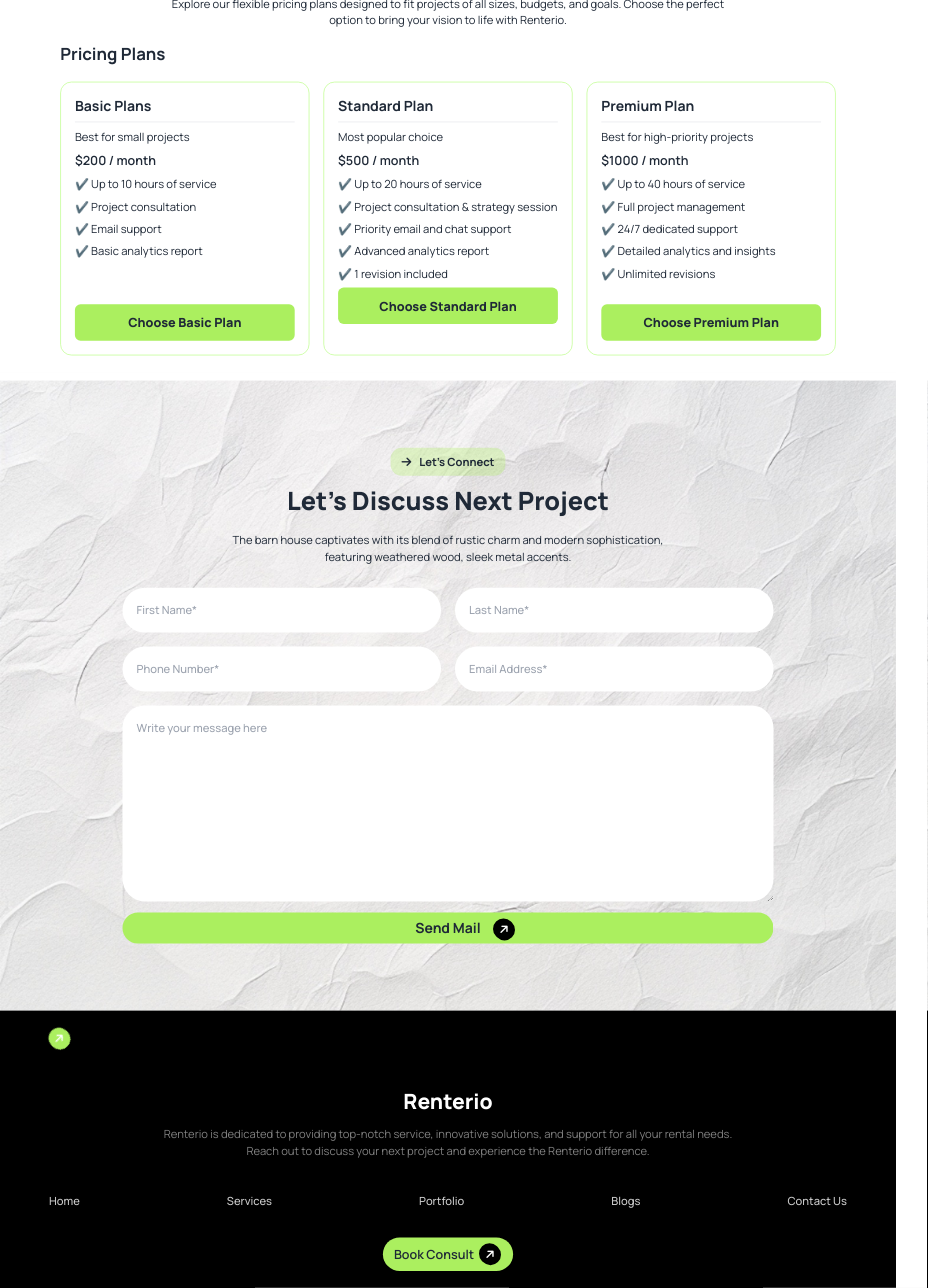
Repository: Tanvir4312/assignment-03
Page: index.html
These files come from the project's save history. The page is drawn as it stood at one moment and after the next save; the edit follows.
The browser window is 1280 px wide. The page is 1325 px wide, so the pictures cover 1325 px, including what lies to the right of the window. The pictures show the part of the page from y = 3214 to 5054 px (the page is 5054 px tall before and 5022 px after), at 70% of full size.
Some web libraries are served in a nearby version.

Above is the page before, as saved 2024-10-30 21:53:57.

### index.html
<!DOCTYPE html>
<html lang="en">

<head>
    <meta charset="UTF-8">
    <meta name="viewport" content="width=device-width, initial-scale=1.0">
    <title>Renterio</title>
    <link rel="stylesheet" href="styles/styles.css">
    <!-- DaisyUI -->
    <link href="https://cdn.jsdelivr.net/npm/daisyui@4.12.14/dist/full.min.css" rel="stylesheet" type="text/css" />
    <script src="https://cdn.tailwindcss.com"></script>
    <!-- Icon -->
    <link rel="stylesheet" href="https://cdnjs.cloudflare.com/ajax/libs/font-awesome/6.6.0/css/all.min.css"
        integrity="sha512-Kc323vGBEqzTmouAECnVceyQqyqdsSiqLQISBL29aUW4U/M7pSPA/gEUZQqv1cwx4OnYxTxve5UMg5GT6L4JJg=="
        crossorigin="anonymous" referrerpolicy="no-referrer" />

    <script>
        tailwind.config = {
            theme: {
                extend: {
                    colors: {
                        clifford: '#da373d',
                        bgBtnColor: '#ABEF5F',
                        btnTextAndWorksTextColor: '#1C1C1C',
                        mainColor: '#212121',
                        secondaryColor: '#494949',

                    }
                }
            }
        }
    </script>
</head>

<body class="manrope-font">
    <header>
        <!-- Navbar -->
        <nav class="container mx-auto">
            <div class="navbar relative py-14">
                <div class="navbar-start">
                    <div class="absolute right-0">
                        <div class="dropdown">
                            <div tabindex="0" role="button"
                                class="btn btn-ghost mr-2 lg:hidden border border-[rgba(233,233,233)] rounded-full bg-[#f9f8f8]">
                                <svg xmlns="http://www.w3.org/2000/svg" class="h-5 w-5" fill="none" viewBox="0 0 24 24"
                                    stroke="currentColor">
                                    <path stroke-linecap="round" stroke-linejoin="round" stroke-width="2"
                                        d="M4 6h16M4 12h8m-8 6h16" />
                                </svg>
                            </div>
                            <div class="absolute -left-20">
                                <ul tabindex=""
                                    class="menu menu-sm dropdown-content bg-base-100 rounded-box z-[1] p-2 shadow w-32">
                                    <li><a>Home</a></li>
                                    <li><a>Services</a></li>
                                    <li><a>Portfolio</a></li>
                                    <li><a>Blogs</a></li>
                                    <li><a>Contact Us</a></li>
                                </ul>
                            </div>
                        </div>
                    </div>
                    <i class="fa-solid fa-arrow-right -rotate-45 bg-bgBtnColor p-2 rounded-full	"></i>
                    <a class="btn btn-ghost font-extrabold text-3xl pl-2">Renterio</a>
                </div>
                <div class="navbar-center hidden lg:flex">
                    <ul class="menu menu-horizontal px-1">
                        <li><a class="font-extrabold">Home</a></li>
                        <li><a>Services</a></li>
                        <li><a>Portfolio</a></li>
                        <li><a>Blogs</a></li>
                        <li><a>Contact Us</a></li>
                    </ul>
                </div>

                <div class="navbar-end hidden md:block">
                    <div class="flex justify-end">
                        <div class="flex items-center gap-3 mr-2">
                            <div class="px-3 py-1 border border-[rgba(233,233,233)] rounded-full bg-[#f9f8f8]">
                                <i class="fa-solid fa-magnifying-glass"></i>
                            </div>
                            <div class="px-3 py-1 border border-[rgba(233,233,233)] rounded-full bg-[#f9f8f8]">
                                <i class="fa-solid fa-cart-shopping"></i>
                            </div>
                        </div>
                        <div class="relative ">
                            <button class="btn bg-bgBtnColor rounded-3xl pr-14 text-lg font-semibold">Book
                                Consult</button>
                            <i
                                class="fa-solid fa-arrow-right -rotate-45 bg-black text-white p-2 rounded-full absolute top-2 right-4 "></i>
                        </div>
                    </div>
                </div>
            </div>
        </nav>
        <!-- Banner -->
        <section class="banner text-center">
            <!-- Banner Image -->
            <div class="flex justify-center px-14">
                <img src="./assets/banner.png" alt="">
            </div>
            <!-- Banner Text -->
            <div class="mt-6">
                <h1 class="text-3xl md:text-6xl font-extrabold md:leading-[80px]">A barn house of this design
                    has a <br>striking appearance
                </h1>
                <p class="mt-6 mb-8 px-5">The barn house captivates with its blend of rustic charm and modern
                    sophistication,
                    featuring weathered wood, sleek metal <br> accents, and large windows that flood the space with
                    natural light.</p>
                <!-- Banner Button -->
                <div class="relative flex px-2 md:justify-center md:items-center">
                    <div class="w-full text-start md:text-center">
                        <button
                            class="btn border border-[rgba(171,239,95)] bg-[rgba(171,239,95,0.5)] rounded-3xl mainColor text-xl font-extrabold pr-14 l w-full md:w-52">View
                            Details</button>
                    </div>
                    <div>
                        <i
                            class="fa-solid fa-arrow-right -rotate-45 bg-bgBtnColor p-2 rounded-full absolute bottom-2 right-[590px]"></i>

                        <i
                            class="md:hidden absolute top-3 right-20 fa-solid fa-arrow-right -rotate-45 bg-bgBtnColor p-2 rounded-full"></i>
                    </div>
                </div>
            </div>
        </section>
    </header>

    <main class="bg-[#F4F4F4]">
        <!-- Commercial and Residential Section -->
        <section class="bg-[#F4F4F4] md:my-24 my-5 pt-7 pb-5 md:pb-20">
            <!-- Vector Image -->
            <img class="hidden md:block border-dashed border-2 border-slate-300 py-7 ml-9" src="./assets/Vector.png"
                alt="">
            <div class="md:w-[1140px] mx-auto grid md:grid-cols-2 grid-cols-1 gap-5 p-4 md:p-0">
                <div>
                    <!-- About Us Button -->
                    <div class="flex justify-center md:flex-col">
                        <div class="bg-white w-32 py-2 px-4 rounded-2xl">
                            <i class="fa-solid fa-arrow-right pr-2"></i>
                            <button class="font-bold">About Us</button>
                        </div>
                    </div>
                    <!-- Text -->
                    <div class="mt-4 md:text-start text-center">
                        <h1 class="text-2xl md:text-4xl font-bold mainColor mb-6">We design thoughtful, <br> liveable
                            spaces
                        </h1>
                        <p class="secondaryColor">The barn house captivates with its blend of rustic charm and
                            modern sophistication, featuring weathered wood, sleek metal accents.</p>
                    </div>

                    <div class="flex md:items-center gap-5 my-6 bg-white p-6 rounded-2xl">
                        <!-- Image -->
                        <div>
                            <img src="./assets/commercial.png" alt="">
                        </div>
                        <!-- Text -->
                        <div>
                            <h3 class="text-xl font-extrabold">Commercial</h3>
                            <p><small>The barn house captivates with its blend <br> of rustic charm and modern.</small>
                            </p>
                        </div>
                    </div>
                    <div class="flex md:items-center gap-5 bg-white p-6 rounded-2xl">
                        <!-- Image -->
                        <div>
                            <img src="./assets/residential.png" alt="">
                        </div>
                        <!-- Text -->
                        <div>
                            <h3 class="text-xl font-extrabold">Residential</h3>
                            <p><small>The barn house captivates with its blend <br> of rustic charm and modern.</small>
                            </p>
                        </div>
                    </div>

                </div>
                <!-- Image -->
                <div>
                    <img class="h-60 w-full md:h-[500px]" src="./assets/Rectangle.png" alt="">
                </div>
            </div>
        </section>
        <!-- Works Process section -->
        <section class="md:w-[1140px] mx-auto px-4 md:px-0 md:pb-24">
            <!-- Works Button -->
            <div class="flex justify-center">
                <div class="bg-white py-2 px-4 rounded-2xl">
                    <i class="fa-solid fa-arrow-right pr-2"></i>
                    <button class="font-bold">How We Works</button>
                </div>
            </div>
            <!-- Text -->
            <div class="text-center">
                <h1 class="py-4 md:py-6 text-2xl md:text-4xl font-bold">Our Works Process</h1>
                <p>The barn house captivates with its blend of rustic charm and modern sophistication, <br> featuring
                    weathered wood, sleek metal accents.</p>
            </div>
            <!-- Card -->
            <div class="card grid grid-cols-1 md:grid-cols-4 gap-4 my-8">
                <div class="bg-[rgba(231,193,211)] rounded-2xl p-5">
                    <img src="./assets/concept.png" alt="">
                    <h4 class="py-2 text-xl font-bold">Concept</h4>
                    <p>The barn house captivates with its blend of rustic charm and modern.</p>
                </div>
                <div class="bg-[rgba(239,218,110)] rounded-2xl p-5">
                    <img src="./assets/flow-chart.png" alt="">
                    <h4 class="py-2 text-xl font-bold">Design Process</h4>
                    <p>The barn house captivates with its blend of rustic charm and modern.</p>
                </div>
                <div class="bg-[rgba(164,218,195)] rounded-2xl p-5">
                    <img src="./assets/concept.png" alt="">
                    <h4 class="py-2 text-xl font-bold">Supervision</h4>
                    <p>The barn house captivates with its blend of rustic charm and modern.</p>
                </div>
                <div class="bg-[rgba(119,170,234)] rounded-2xl p-5">
                    <img src="./assets/concept.png" alt="">
                    <h4 class="py-2 text-xl font-bold">Budget Planning</h4>
                    <p>The barn house captivates with its blend of rustic charm and modern.</p>
                </div>
            </div>
        </section>
        <!-- Latest Portfolio Section -->
        <section class="md:bg-white">
            <div class=" md:w-[1140px] mx-auto py-6 px-4 md:pt-20">
                <!-- Latest Works Button -->
                <div class="flex justify-center">
                    <div class="bg-[rgba(171,239,95,0.2)] py-2 px-4 rounded-2xl">
                        <i class="fa-solid fa-arrow-right pr-2"></i>
                        <button class="font-bold">Explore our Latest works</button>
                    </div>
                </div>
                <!-- Text -->
                <div class="text-center">
                    <h1 class="pt-4 pb-6 md:text-4xl text-2xl font-bold">Our Latest Portfolio</h1>
                    <p>The barn house captivates with its blend of rustic charm and modern sophistication, <br>
                        featuring
                        weathered wood, sleek metal accents.</p>
                </div>
                <!-- Latest Portfolio Card First Row -->
                <div class="pt-8 grid grid-cols-1 md:grid-cols-3 gap-5">
                    <!-- First Card -->
                    <div class="md:col-span-2 rounded-2xl ">
                        <div class="md:flex gap-6 border border-[rgba(233,233,233)] rounded-2xl p-5 bg-white">
                            <img src="./assets/img1.png" alt="">
                            <div>
                                <h3 class="text-2xl font-extrabold">Commercial</h3>
                                <p class="pt-4 pb-6">The barn house captivates with its blend of rustic charm and
                                    modern. The barn house
                                    captivates with its blend of rustic charm and modern .</p>

                                <a class="text-xl font-extrabold pr-1" href="">View Details</a>
                                <i class="fa-solid fa-arrow-right -rotate-45 bg-bgBtnColor p-2 rounded-full	"></i>
                            </div>
                        </div>
                    </div>
                    <!-- Second Card -->
                    <div class="border border-[rgba(233,233,233)] rounded-2xl p-5 bg-white">
                        <img src="./assets/img2.png" alt="">
                    </div>

                </div>
                <!-- Latest Portfolio Card Second Row -->
                <div class="grid grid-cols-1 md:grid-cols-4 gap-5 mt-5">
                    <!-- First Card -->
                    <div class="border border-[rgba(233,233,233)] rounded-2xl p-5 bg-white">
                        <img class="h-full w-full" src="./assets/img3.png" alt="">
                    </div>
                    <!-- Second Card -->
                    <div class="md:col-span-2 rounded-2xl ">
                        <div class="md:flex gap-6 border border-[rgba(233,233,233)] rounded-2xl p-5 bg-white">
                            <img src="./assets/img4.png" alt="">
                            <div>
                                <h3 class="text-2xl font-extrabold">Commercial</h3>
                                <p class="pt-4 pb-6">The barn house captivates with its blend of rustic charm and
                                    modern.</p>

                                <a class="text-xl font-extrabold pr-1" href="">View Details</a>
                                <i class="fa-solid fa-arrow-right -rotate-45 bg-bgBtnColor p-2 rounded-full	"></i>
                            </div>
                        </div>
                    </div>
                    <!-- Third Card -->
                    <div class="border border-[rgba(233,233,233)] rounded-2xl p-5 bg-white">
                        <img class="h-full w-full" src="./assets/img5.png" alt="">
                    </div>

                </div>
            </div>
        </section>
        <!-- Perfect Plan Section -->
        <section class="md:bg-white">
            <div class="md:w-[1140px] mx-auto py-6 px-4 md:pt-20">
                <!-- Text -->
                <div class="text-center">
                    <h1 class="text-2xl md:text-4xl font-extrabold">Choose the Perfect Plan for Your Needs</h1>
                    <p class="py-5">Explore our flexible pricing plans designed to fit projects of all sizes, budgets,
                        and goals. Choose the perfect <br> option to bring your vision to life with Renterio.</p>
                </div>
                <p class="text-2xl font-bold pb-6">Pricing Plans</p>
                <!-- Cards -->
                <div class="grid grid-cols-1 md:grid-cols-3 gap-5">
                    <!-- Card-01 -->
                    <div class="border border-[#bdfe8b] p-5 rounded-2xl bg-white">
                        <div class="space-y-2">
                            <h3 class="text-xl font-bold">Basic Plans</h3>
                            <hr>
                            <p>Best for small projects</p>
                            <h5 class="text-lg font-semibold">$200 / month</h5>
                            <li class="list-none">✔️ Up to 10 hours of service</li>
                            <li class="list-none">✔️ Project consultation</li>
                            <li class="list-none">✔️ Email support</li>
                            <li class="list-none">✔️ Basic analytics report</li>
                        </div>

                        <button class="bg-bgBtnColor p-3 rounded-lg text-lg font-extrabold mt-16 w-full">Choose
                            Basic Plan</button>

                    </div>
                    <!-- Card-02 -->
                    <div class="border border-[#bdfe8b] p-5 rounded-2xl bg-white">
                        <div class="space-y-2">
                            <h3 class="text-xl font-bold">Standard Plan</h3>
                            <hr>
                            <p>Most popular choice</p>
                            <h5 class="text-lg font-semibold">$500 / month</h5>
                            <li class="list-none">✔️ Up to 20 hours of service</li>
                            <li class="list-none">✔️ Project consultation & strategy session</li>
                            <li class="list-none">✔️ Priority email and chat support</li>
                            <li class="list-none">✔️ Advanced analytics report</li>
                            <li class="list-none">✔️ 1 revision included</li>
                        </div>

                        <button class="bg-bgBtnColor p-3 rounded-lg text-lg font-extrabold mt-2 w-full">Choose Standard
                            Plan</button>

                    </div>
                    <!-- Card-03 -->
                    <div class="border border-[#bdfe8b] p-5 rounded-2xl bg-white">
                        <div class="space-y-2">
                            <h3 class="text-xl font-bold">Premium Plan</h3>
                            <hr>
                            <p>Best for high-priority projects</p>
                            <h5 class="text-lg font-semibold">$1000 / month</h5>
                            <li class="list-none">✔️ Up to 40 hours of service</li>
                            <li class="list-none">✔️ Full project management</li>
                            <li class="list-none">✔️ 24/7 dedicated support</li>
                            <li class="list-none">✔️ Detailed analytics and insights</li>
                            <li class="list-none">✔️ Unlimited revisions</li>
                        </div>

                        <button class="bg-bgBtnColor p-3 rounded-lg text-lg font-extrabold mt-8 w-full">Choose Premium
                            Plan</button>

                    </div>
                </div>
            </div>
        </section>
    </main>
    <!-- Next Project Section -->
    <section class="next-project mt-3">
        <div class=" md:w-[970px] mx-auto py-7 md:py-24 px-5">
            <!-- Button -->
            <div class="flex justify-center">
                <div class="bg-[rgba(171,239,95,0.3)] py-2 px-4 rounded-2xl">
                    <i class="fa-solid fa-arrow-right pr-2"></i>
                    <button class="font-bold">Let’s Connect</button>
                </div>
            </div>
            <!-- Text -->
            <div class="text-center">
                <h1 class="text-2xl md:text-4xl font-extrabold pt-4">Let’s Discuss Next Project</h1>
                <p class="pt-6 pb-8">The barn house captivates with its blend of rustic charm and modern sophistication,
                    <br> featuring weathered wood, sleek metal accents.
                </p>
            </div>
            <!-- Input Field -->
            <div class="grid grid-cols-1 md:grid-cols-2 gap-5">
                <input class="p-5 rounded-[64px]" type="text" name="" id="" placeholder="First Name*">
                <input class="p-5 rounded-[64px]" type="text" name="" id="" placeholder="Last Name*">
                <input class="p-5 rounded-[64px]" type="text" name="" id="" placeholder="Phone Number*">
                <input class="p-5 rounded-[64px]" type="text" name="" id="" placeholder="Email Address*">
                <textarea class="md:col-span-2 p-5 rounded-[32px]" name="" id="" cols="30" rows="10"
                    placeholder="Write your message here"></textarea>
            </div>
            <!-- Button -->
            <div class="relative">
                <button class="bg-bgBtnColor w-full text-xl font-bold py-2 rounded-[32px] mt-4">Send Mail</button>
                <i
                    class="fa-solid fa-arrow-right -rotate-45 bg-black text-white p-2 rounded-full md:absolute md:top-6 md:right-[370px] hidden md:block"></i>
                <i
                    class="fa-solid fa-arrow-right -rotate-45 bg-black text-white p-2 rounded-full absolute top-6 right-14 md:hidden"></i>
            </div>
        </div>
    </section>

    <footer class="bg-black">
        <div class="md:w-[1140px] mx-auto py-6">

            <div class=" text-white">
                <div>
                    <i class="fa-solid fa-arrow-right -rotate-45 bg-bgBtnColor p-2 rounded-full	"></i>
                    <span>
                        <h1 class="text-xl md:text-3xl font-extrabold pt-14 text-center">Renterio</h1>
                </div>
                </span>
                <p class="pt-4 pb-12 opacity-50 text-center">Renterio is dedicated to providing top-notch service,
                    innovative solutions, and support for all your rental needs. <br> Reach out to discuss your next
                    project and experience the Renterio difference.</p>
            </div>
            <div class="md:flex  justify-between text-white font-medium opacity-80">
                <p><a href="">Home</a></p>
                <p><a href="">Services</a></p>
                <p><a href="">Portfolio</a></p>
                <p><a href="">Blogs</a></p>
                <p><a href="">Contact Us</a></p>
            </div>

            <div class="relative ">
                <div class="flex justify-center mt-10">
                    <button class="btn bg-bgBtnColor rounded-3xl pr-14 text-lg font-semibold border-none">Book
                        Consult</button>
                </div>
                <i
                    class="fa-solid fa-arrow-right -rotate-45 bg-black text-white p-2 rounded-full absolute top-2 right-[495px] "></i>
            </div>

        </div>
    </footer>
</body>

</html>

Loaded but not shown: styles/styles.css (20 lines, source omitted)

After the next save:
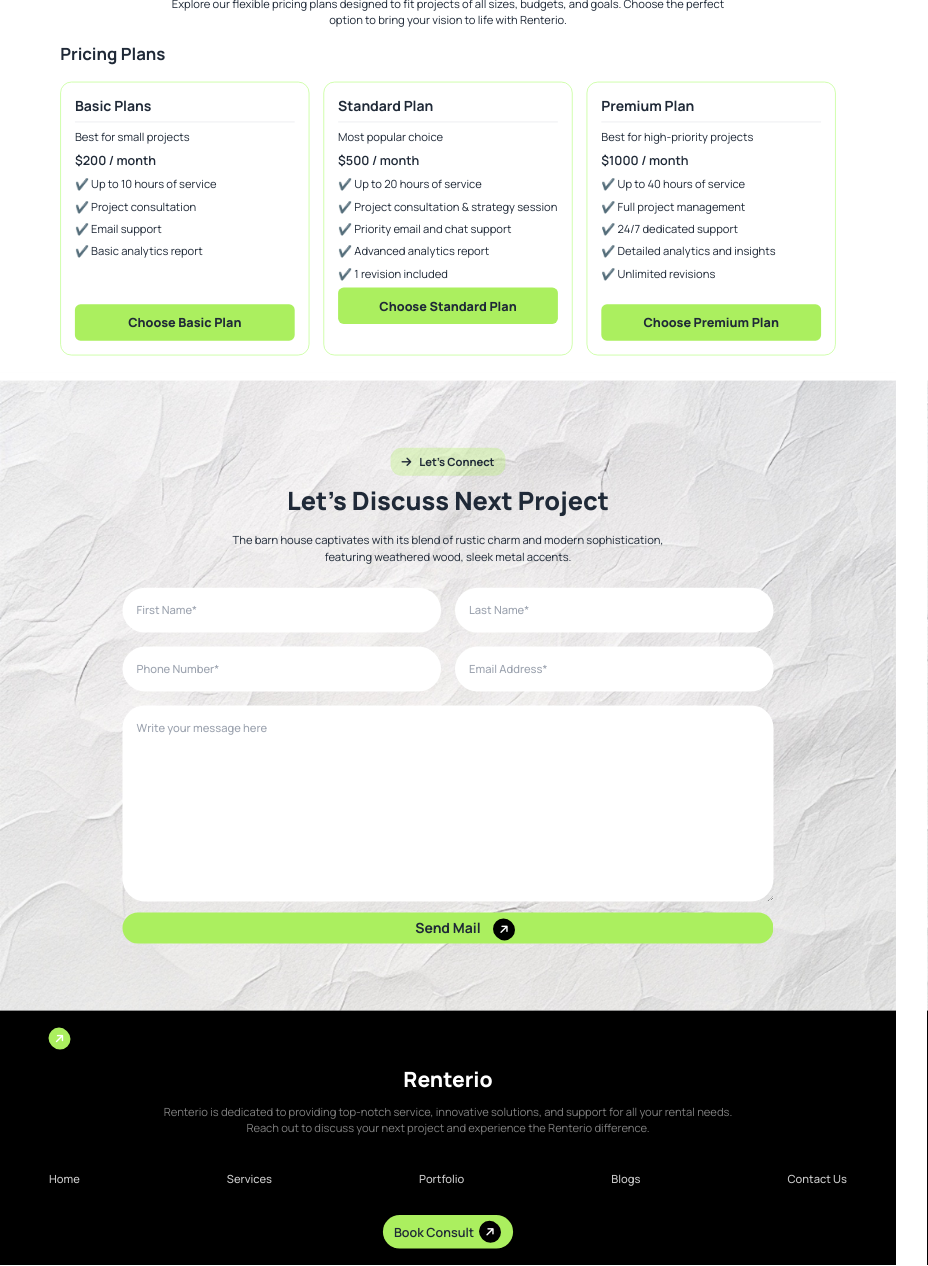
Saved 32 s later.
--- a/index.html
+++ b/index.html
@@ -400,8 +400,8 @@
         <div class="md:w-[1140px] mx-auto py-6">
 
             <div class=" text-white">
-                <div>
-                    <i class="fa-solid fa-arrow-right -rotate-45 bg-bgBtnColor p-2 rounded-full	"></i>
+                <div class="relative">
+                    <i class="fa-solid fa-arrow-right -rotate-45 bg-bgBtnColor p-2 rounded-full	absolute"></i>
                     <span>
                         <h1 class="text-xl md:text-3xl font-extrabold pt-14 text-center">Renterio</h1>
                 </div>
